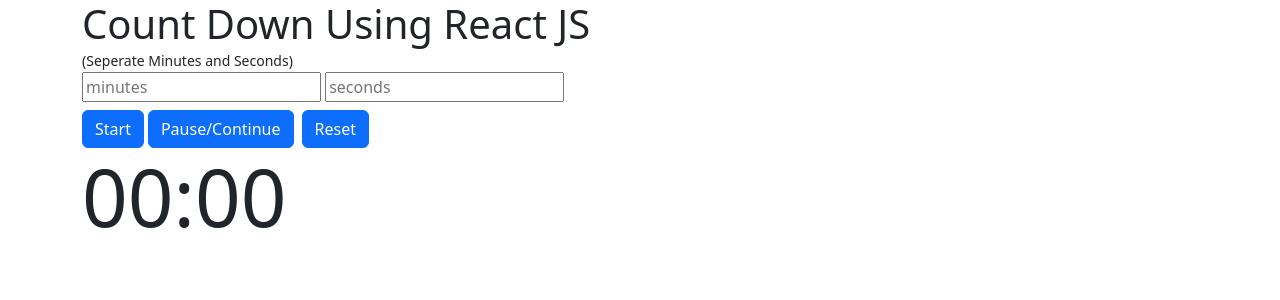
Repository: maheshdama13/reactjs-count-down
Page: /
The author's editor kept a copy of each file at every save. The page is drawn from the files as they stood at one save, then again after the next save.
The browser window is 1280 px wide. The pictures show the whole page.
The project was rebuilt for these pictures with package versions that can differ from the ones it lists, and the page was loaded fresh each time. Also part of the build but not shown: src/App.css.

Above is the page before, as saved 2022-07-01 02:24:02.

### src/App.js
import logo from './logo.svg';
import './App.css';
import CountDown from './components/CountDown';

function App() {
  return (
    <CountDown />
  );
}

export default App;

### src/components/CountDown.js
import React, {useState, useEffect, useRef} from 'react'

export default function CountDown() {
  const [timer, setTimer] = useState(0);
  const [formattedTimer, setFormattedTimer] = useState("00:00");
  const [isTimerRunning, setIsTimerRunning] = useState(0);

  const formData = useRef(null)

  useEffect(() => {
    let interval = 0;
    if(isTimerRunning === 1) {
      interval = setInterval(() => {
        if(timer > 0)
          setTimer(timer-1);
        }, 1000);
      }


    setFormattedTimer(formatTimer(timer))
    return () => clearInterval(interval);
  }, [timer, isTimerRunning]);

  const formatTimer = (timeData) => {
    let m = Math.floor(timeData % 3600 / 60);
    m = (m<=9) ? '0'+m : m;
    let s = Math.floor(timeData % 3600 % 60);
    s = (s<=9) ? '0'+s : s;
    return m+':'+s;
  }

  const startHandler = () => {
    setIsTimerRunning(1);
    const form = formData.current
    let minutes = form['minutes'].value;
    let seconds = form['seconds'].value;
    let timerVal = Number(minutes*60) + Number(seconds);
    setTimer(timerVal);
  }

  const pauseHandler = () => {
    setIsTimerRunning(prevState => {
      if(prevState === 1) {
        return 0
      } else {
        return 1;
      }
    });
  }

  const resetHandler = () => {
    formData.current.reset();
    setIsTimerRunning(0);
    setTimer(0);
  }

  return (
    <div className='container'>
    <h1 className='mb-0 pb-0'>Count Down Using React JS</h1>
    <small>(Seperate Minutes and Seconds)</small>

      <form ref={formData}>
        <div class="d-flex">
          <input className=' d-inline' name='minutes' type="number" placeholder='minutes' />&nbsp;
          <input className=' d-inline' name='seconds' type="number" placeholder='seconds' />&nbsp;
        </div>
        <div className='mt-2'>
          <button type="button" className='btn btn-primary mr-1' onClick={startHandler}>Start</button>
          <button type="button" className='btn btn-primary mx-1' onClick={pauseHandler}>Pause/Continue</button>
          <button type="button" className='btn btn-primary mx-1' onClick={resetHandler}>Reset</button>
        </div>
      </form>


      <h1 className='display-1'>{formattedTimer}</h1>
    </div>
  )
}

Loaded but not shown: public/index.html (common file); src/index.js (common file); src/index.css (common file); src/reportWebVitals.js (common file)

After the next save:
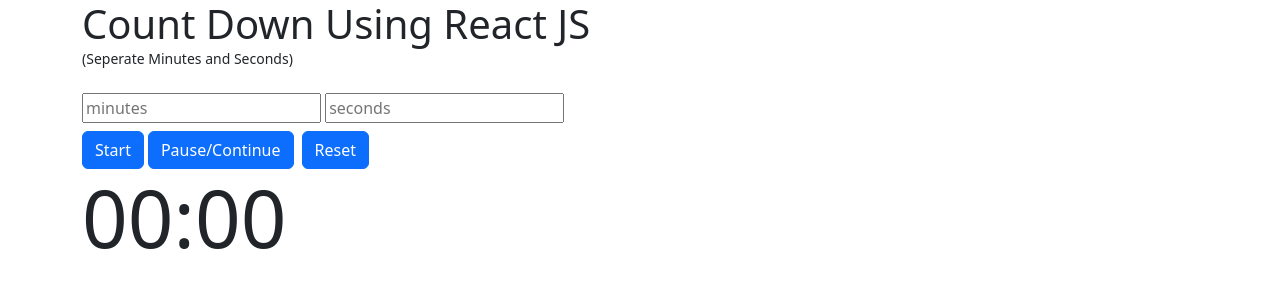
Saved 8 s later.
--- a/src/components/CountDown.js
+++ b/src/components/CountDown.js
@@ -57,7 +57,7 @@
   return (
     <div className='container'>
     <h1 className='mb-0 pb-0'>Count Down Using React JS</h1>
-    <small>(Seperate Minutes and Seconds)</small>
+    <small className='d-block mb-4'>(Seperate Minutes and Seconds)</small>
 
       <form ref={formData}>
         <div class="d-flex">
